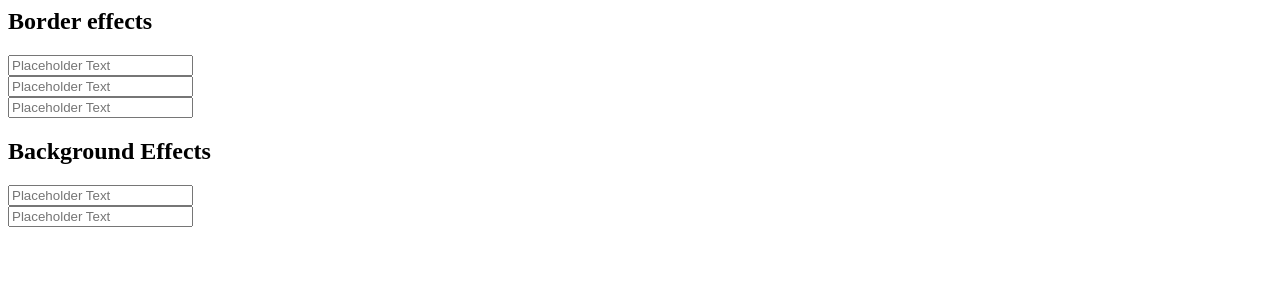
Repository: EmmanuelKeifala/Hackathon
Page: http://localhost/upload/
An editor plug-in stored every save of this project. The page is shown before and after the next save, followed by the edit.
The browser window is 1280 px wide. The pictures show the whole page.
The page is served by the project's application, run on Django 3.2 (manage.py). Other server files are loaded and not shown.

Above is the page before, as saved 2022-10-29 02:47:12.

### users/templates/users/upload.html
{% comment %} {% load static %}
<link rel="stylesheet" href="{% static 'css/main.css' %}" />
<form method="POST" action="{% url 'upload'%}" entypr="multipart/form-data">
  {% csrf_token %}
  <ul
    class="contactList d-flex flex-lg-column gap-2"
    style="list-style: none; padding: 1.1rem"
  >
    <li id="number_of_sales" class="contact p-lg-2">
      {{ form.number_of_sales }}
    </li>
    <li id="revenue" class="contact">{{ form.revenue }}</li>
    <li id="number_of_customers" class="contact">
      {{ form.number_of_customers }}
    </li>
    <li id="year" class="contact">{{ form.year }}</li>
  </ul>
  <input type="submit" value="Send Data to DataBase" />
</form>
{% endcomment %}
<div class="row">
  <div class="container">
    <h2>Border effects</h2>
    <div class="col-3">
      <input class="effect-1" type="text" placeholder="Placeholder Text" />
      <span class="focus-border"></span>
    </div>

    <div class="col-3">
      <input class="effect-8" type="text" placeholder="Placeholder Text" />
      <span class="focus-border">
        <i></i>
      </span>
    </div>
    <div class="col-3">
      <input class="effect-9" type="text" placeholder="Placeholder Text" />
      <span class="focus-border">
        <i></i>
      </span>
    </div>

    <h2>Background Effects</h2>
    <div class="col-3">
      <input class="effect-10" type="text" placeholder="Placeholder Text" />
      <span class="focus-bg"></span>
    </div>
    <div class="col-3">
      <input class="effect-11" type="text" placeholder="Placeholder Text" />
      <span class="focus-bg"></span>
    </div>
  </div>
</div>

### users/views.py
from django.shortcuts import render, redirect
from django.contrib.auth.forms import UserCreationForm
from .forms import UserRegisterForm
from .forms import BusinessData
from django.contrib import messages
from django.contrib.auth.decorators import login_required


def home(request):
    return render(request, 'users/home.html')


def generalusers_home(request):
    return render(request, "users/home.html")


def Analyst_home(request):
    return render(request, "users/home.html")


def upload(request):
    if request.POST:
        form = BusinessData(request.POST)
        print(request.POST)
        if form.is_valid():
            form.save()
        return redirect("/")
    return render(request, "users/upload.html", {'form': BusinessData})


def register(request):
    if request.method == "POST":
        form = UserRegisterForm(request.POST)
        if form.is_valid():
            form.save()
            username = form.cleaned_data.get('username')
            messages.success(
                request, f'Hi {username}, your account was created successfully')
            return redirect('home')
    else:
        form = UserRegisterForm()

    return render(request, 'users/register.html', {'form': form})


@login_required()
def profile(request):
    return render(request, 'users/profile.html')

### authsysproject/urls.py
"""authsysproject URL Configuration

The `urlpatterns` list routes URLs to views. For more information please see:
    https://docs.djangoproject.com/en/3.2/topics/http/urls/
Examples:
Function views
    1. Add an import:  from my_app import views
    2. Add a URL to urlpatterns:  path('', views.home, name='home')
Class-based views
    1. Add an import:  from other_app.views import Home
    2. Add a URL to urlpatterns:  path('', Home.as_view(), name='home')
Including another URLconf
    1. Import the include() function: from django.urls import include, path
    2. Add a URL to urlpatterns:  path('blog/', include('blog.urls'))
"""
from django.contrib import admin
from django.urls import path, include

urlpatterns = [
    path('admin/', admin.site.urls),
    path('', include('users.urls'))
]

### users/urls.py
from django.urls import path
from . import views
from django.contrib.auth import views as auth_view

urlpatterns = [
    path('', views.home, name='home'),
    path('register/', views.register, name='register'),
    path('profile/', views.profile, name='profile'),
    path("upload/", views.upload, name="upload"),
    path('Analyst_home/', views.Analyst_home, name='Analyst_home'),
    path('generalusers_home/', views.generalusers_home, name='generalusers_home'),
    path('login/', auth_view.LoginView.as_view(template_name='users/login.html'), name="login"),
    path('logout/', auth_view.LogoutView.as_view(template_name='users/logout.html'), name="logout"),
]

After the next save:
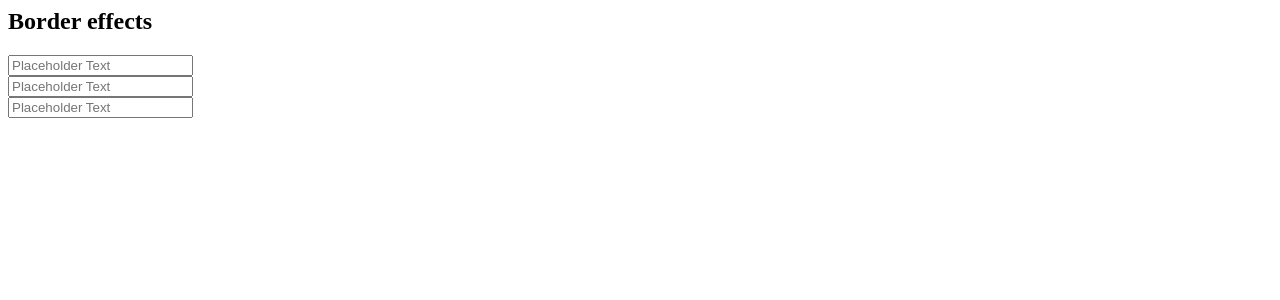
Saved 52 s later.
--- a/users/templates/users/upload.html
+++ b/users/templates/users/upload.html
@@ -38,15 +38,5 @@
         <i></i>
       </span>
     </div>
-
-    <h2>Background Effects</h2>
-    <div class="col-3">
-      <input class="effect-10" type="text" placeholder="Placeholder Text" />
-      <span class="focus-bg"></span>
-    </div>
-    <div class="col-3">
-      <input class="effect-11" type="text" placeholder="Placeholder Text" />
-      <span class="focus-bg"></span>
-    </div>
   </div>
 </div>
